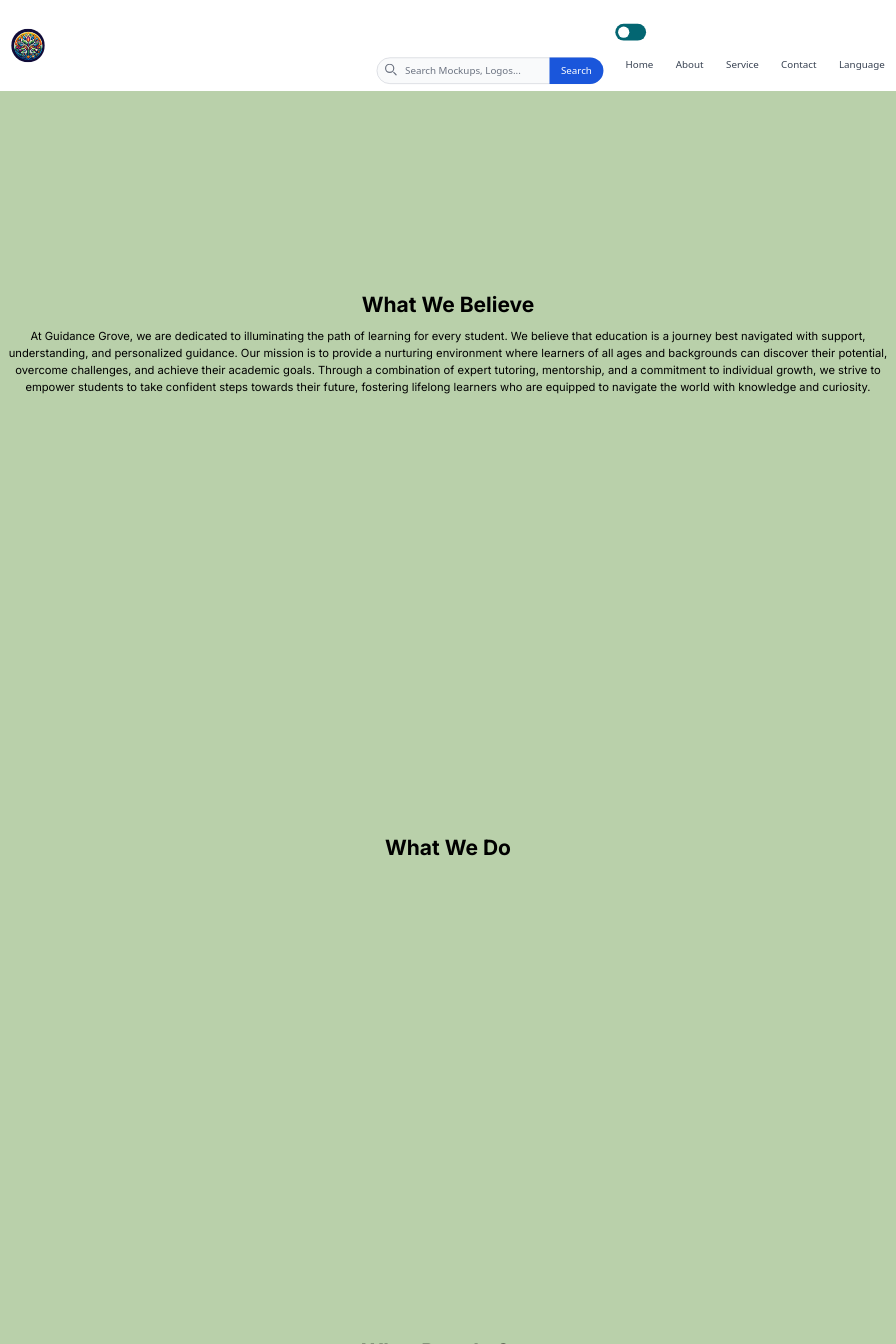
Repository: PositiveGuy/GuidanceGrove
Page: /
An editor plug-in stored every save of this project. The page is shown before and after the next save, followed by the edit.
The browser window is 1280 px wide. The pictures show the part of the page from y = 0 to 1920 px (the page is 4004 px tall before and 3874 px after), at 70% of full size.
The project was rebuilt for these pictures with package versions that can differ from the ones it lists, and the page was loaded fresh each time. The framework's server and built-in components were replaced by stand-ins that run in the browser. Also part of the build but not shown: next.config.js.

Above is the page before, as saved 2023-12-28 16:19:26.

After the next save:
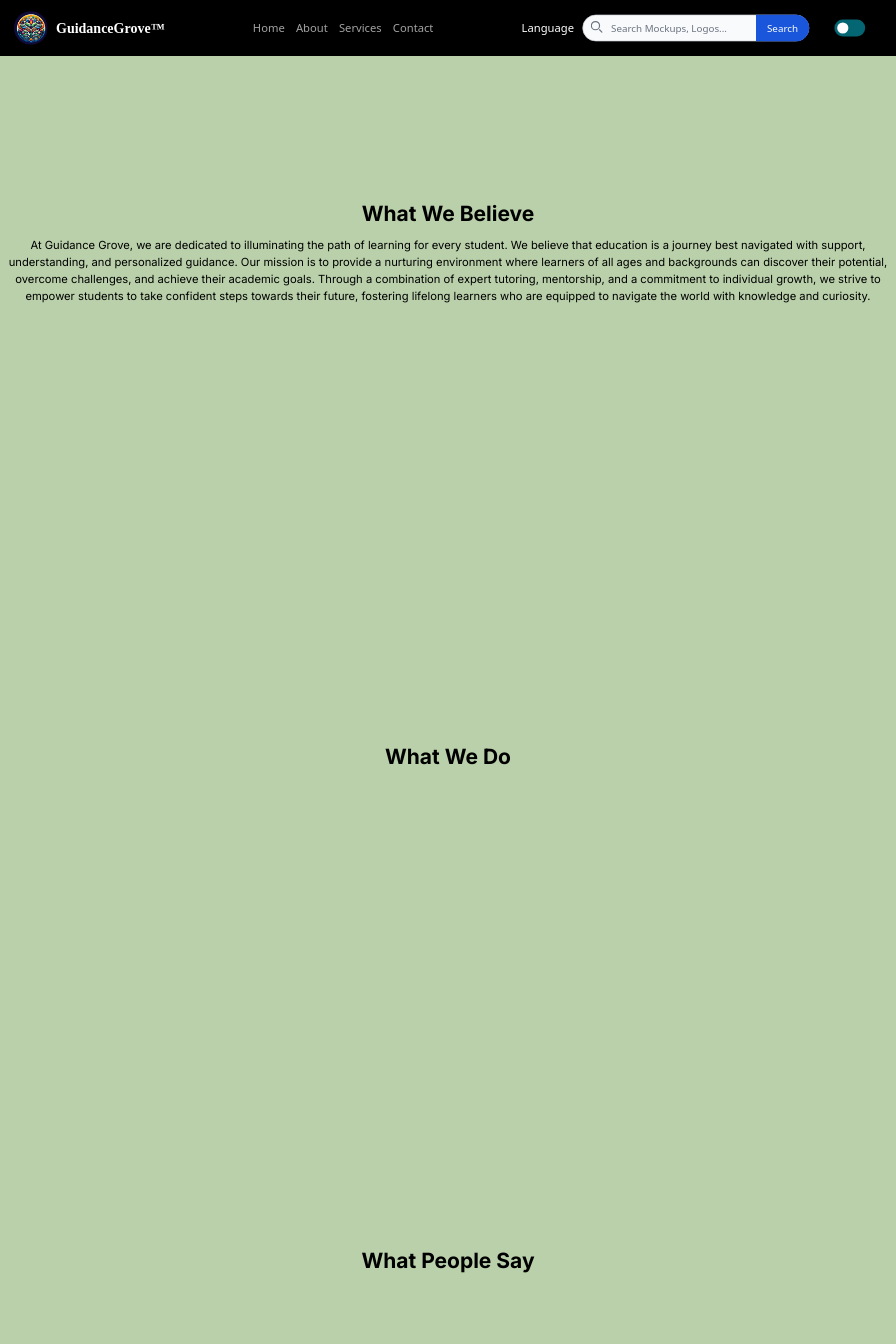
Saved 29 s later.
--- a/src/components/header.tsx
+++ b/src/components/header.tsx
@@ -10,33 +10,38 @@ const Header = () => {
 
   return (
     <>
-      <Navbar className=' '       >
 
+      <nav className="hidden fixed z-50 w-full h-20 md:flex justify-between items-center p-5 bg-black">
+        {/* Left Side: Logo and GuidanceGrove™ */}
         <div className="flex items-center space-x-3">
           <img src="/Logo/guidance-grove-logo.png" alt="Guidance Grove Logo" className="h-12 w-12 rounded-full" />
+          <div className="text-xl font-caveat font-bold text-white">
+            GuidanceGrove™
+          </div>
+        </div>
+
+        {/* Center: Navigation Links */}
+        <div>
+          <ul className="hidden lg:flex space-x-4">
+            <li><a href="/" className="text-neutral-400 hover:text-white">Home</a></li>
+            <li><a href="/about" className="text-neutral-400 hover:text-white">About</a></li>
+            <li><a href="/services" className="text-neutral-400 hover:text-white">Services</a></li>
+            <li><a href="/contact" className="text-neutral-400 hover:text-white">Contact</a></li>
+          </ul>
+        </div>
+
+        {/* Right Side: Placeholders for Language, Search, and Dark Mode Toggle */}
+        <div className="flex items-center space-x-3">
+          <div className="text-white">Language</div>
+          <SearchBar />
+          <ThemeToggle />
 
         </div>
-
-        <div className=' '>
-
-          <ThemeToggle />
-          <Navbar.Toggle className="" />
-
-          <Navbar.Collapse className='bg-white  '>
-            <SearchBar />
-            <Navbar.Link href="#">Home</Navbar.Link>
-            <Navbar.Link href="#">About</Navbar.Link>
-            <Navbar.Link href="#">Service</Navbar.Link>
-            <Navbar.Link href="#">Contact</Navbar.Link>
-            <Navbar.Link href="#">Language</Navbar.Link>
-          </Navbar.Collapse>
-        </div>
-      </Navbar>
+      </nav>
 
 
-
-      {/* Mobile Navbar
-      <MobileNavigation /> */}
+      {/*Mobile Navbar*/}
+      <MobileNavigation />
 
 
     </>
